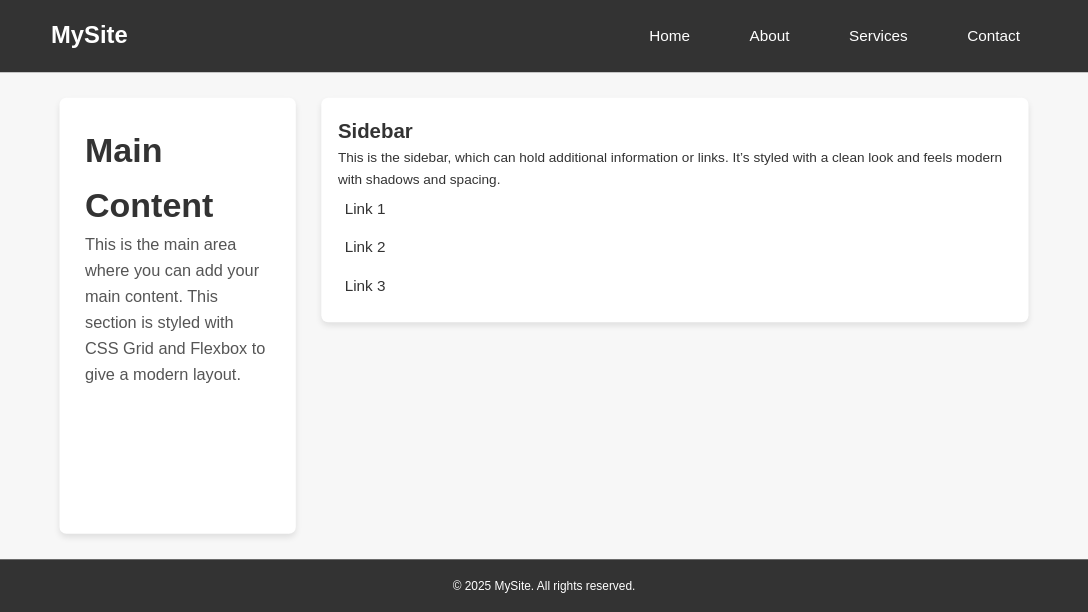
Repository: dishagiri23/Internship-Project
Page: task 2/flexbox_cssgrid/index.html
The author's editor kept a copy of each file at every save. The page is drawn from the files as they stood at one save, then again after the next save.
The browser window is 1280 px wide. The pictures show the whole page, at 85% of full size.

Above is the page before, as saved 2025-11-13 21:32:47.

### task 2/flexbox_cssgrid/index.html
<!DOCTYPE html>
<html lang="en">
<head>
    <meta charset="UTF-8">
    <meta name="viewport" content="width=device-width, initial-scale=1.0">
    <title>Stylish Webpage</title>
    <link rel="stylesheet" href="style.css">
</head>
<body>
    <!-- Navigation Bar -->
    <header>
        <nav class="navbar">
            <div class="logo">
                <a href="#">MySite</a>
            </div>
            <ul class="nav-links">
                <li><a href="#">Home</a></li>
                <li><a href="#">About</a></li>
                <li><a href="#">Services</a></li>
                <li><a href="#">Contact</a></li>
            </ul>
        </nav>
    </header>

    <!-- Main Content Area -->
    <main class="main-content">
        <section class="content">
            <h1>Main Content</h1>
            <p>This is the main area where you can add your main content. This section is styled with CSS Grid and Flexbox to give a modern layout.</p>
        </section>

        <aside class="sidebar">
            <h2>Sidebar</h2>
            <p>This is the sidebar, which can hold additional information or links. It’s styled with a clean look and feels modern with shadows and spacing.</p>
            <ul>
                <li><a href="#">Link 1</a></li>
                <li><a href="#">Link 2</a></li>
                <li><a href="#">Link 3</a></li>
            </ul>
        </aside>
    </main>

    <!-- Footer Section -->
    <footer>
        <p>&copy; 2025 MySite. All rights reserved.</p>
    </footer>
</body>
</html>

### task 2/flexbox_cssgrid/style.css
/* Global Styles */
* {
    margin: 0;
    padding: 0;
    box-sizing: border-box;
}

body {
    font-family: 'Arial', sans-serif;
    background-color: #f7f7f7;
    color: #333;
    line-height: 1.6;
    display: flex;
    flex-direction: column;
    min-height: 100vh;
}

/* Navbar Styles */
header {
    background-color: #333;
    color: #fff;
    padding: 20px 0;
}

.navbar {
    display: flex;
    justify-content: space-between;
    align-items: center;
    max-width: 1200px;
    margin: 0 auto;
    padding: 0 20px;
}

.navbar .logo a {
    color: #fff;
    font-size: 28px;
    text-decoration: none;
    font-weight: bold;
}

.nav-links {
    list-style-type: none;
    display: flex;
    gap: 30px;
    margin-left: auto; /* Move links to the right */
}

.nav-links li a {
    color: #fff;
    text-decoration: none;
    font-size: 18px;
    padding: 10px 20px;
    border-radius: 30px;
    transition: background-color 0.3s ease;
}

.nav-links li a:hover {
    background-color: #575757;
}

/* Main Content Area */
.main-content {
    display: grid;
    grid-template-columns: 1fr 3fr;
    gap: 30px;
    padding: 30px;
    max-width: 1200px;
    margin: 0 auto;
    flex-grow: 1; /* Ensure the content area takes up remaining space */
}

/* Content Section */
.content {
    background-color: #fff;
    padding: 30px;
    border-radius: 8px;
    box-shadow: 0 4px 8px rgba(0, 0, 0, 0.1);
}

.content h1 {
    font-size: 2.5rem;
    color: #333;
}

.content p {
    font-size: 1.2rem;
    color: #555;
}

/* Sidebar */
.sidebar {
    background-color: #fff;
    padding: 20px;
    border-radius: 8px;
    box-shadow: 0 4px 8px rgba(0, 0, 0, 0.1);
    position: sticky;
    top: 30px;
    height: fit-content;
}

.sidebar h2 {
    color: #333;
}

.sidebar ul {
    list-style-type: none;
    padding: 0;
}

.sidebar ul li a {
    color: #333;
    text-decoration: none;
    font-size: 18px;
    padding: 8px;
    display: block;
    transition: background-color 0.3s ease;
}

.sidebar ul li a:hover {
    background-color: #f0f0f0;
}

/* Footer Styles */
footer {
    background-color: #333;
    color: #fff;
    text-align: center;
    padding: 20px 0;
    position: relative;
    bottom: 0;
    width: 100%;
    font-size: 14px;
}

/* Media Queries for Responsiveness */
@media (max-width: 1024px) {
    /* For tablets, decrease grid size */
    .main-content {
        grid-template-columns: 1fr 2fr;
    }

    .navbar .nav-links {
        gap: 20px;
    }
}

@media (max-width: 768px) {
    /* For smaller screens (mobile/tablet) */
    .navbar {
        flex-direction: column;
        align-items: center;
    }

    .nav-links {
        flex-direction: column;
        align-items: center;
        gap: 15px;
    }

    .main-content {
        grid-template-columns: 1fr; /* Single column layout for content */
    }

    .sidebar {
        display: none; /* Hide sidebar on small screens */
    }
}

@media (max-width: 480px) {
    /* For extra small screens (phones) */
    .navbar .logo a {
        font-size: 24px;
    }

    .content h1 {
        font-size: 1.8rem;
    }

    .content p {
        font-size: 1rem;
    }

    footer {
        font-size: 12px;
    }
}

After the next save:
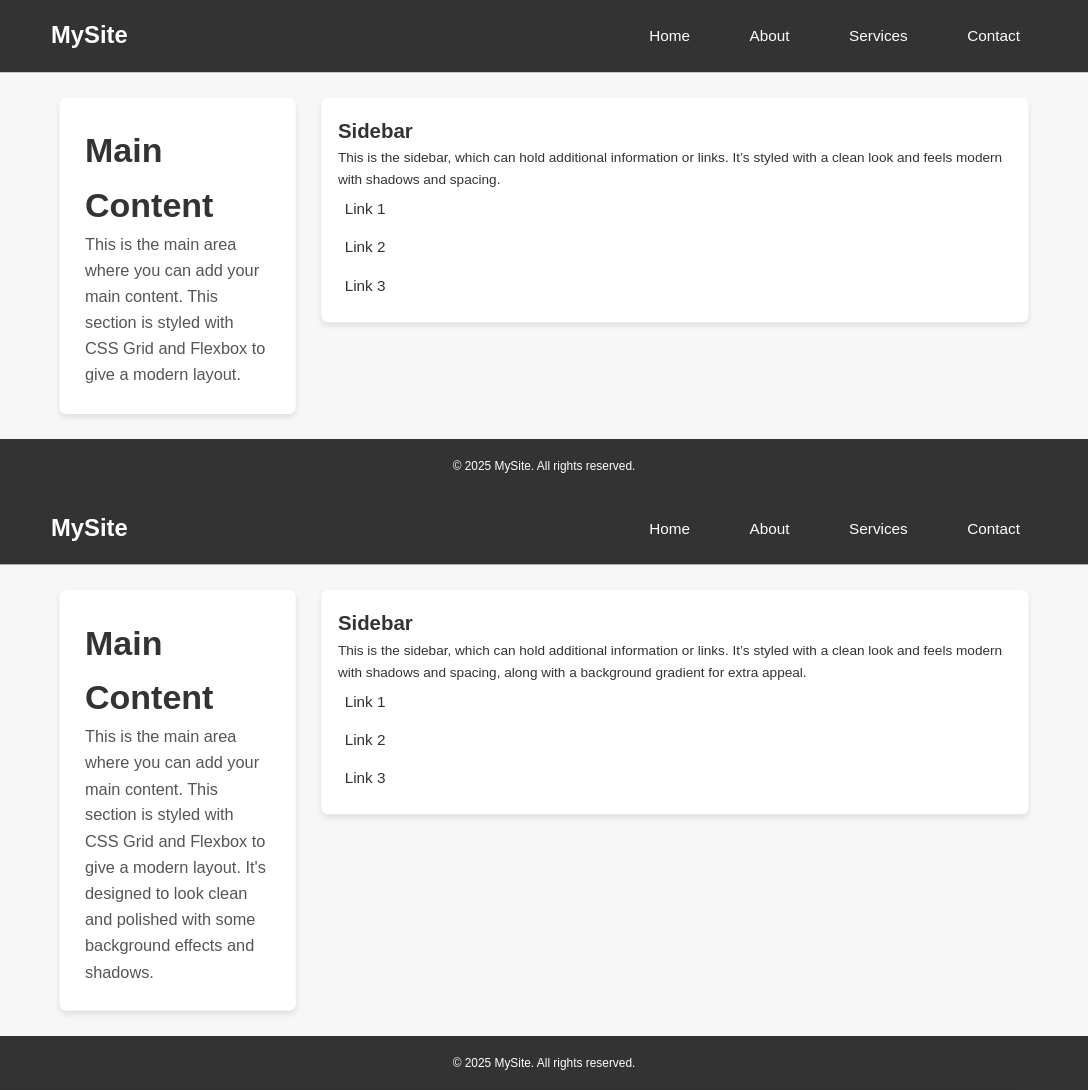
Not found: task 2/flexbox_cssgrid/styles.css
Saved 93 s later.
--- a/task 2/flexbox_cssgrid/index.html
+++ b/task 2/flexbox_cssgrid/index.html
@@ -46,3 +46,54 @@
     </footer>
 </body>
 </html>
+
+
+
+<!DOCTYPE html>
+<html lang="en">
+<head>
+    <meta charset="UTF-8">
+    <meta name="viewport" content="width=device-width, initial-scale=1.0">
+    <title>Stylish Webpage</title>
+    <link rel="stylesheet" href="styles.css">
+</head>
+<body>
+    <!-- Navigation Bar -->
+    <header>
+        <nav class="navbar">
+            <div class="logo">
+                <a href="#">MySite</a>
+            </div>
+            <ul class="nav-links">
+                <li><a href="#">Home</a></li>
+                <li><a href="#">About</a></li>
+                <li><a href="#">Services</a></li>
+                <li><a href="#">Contact</a></li>
+            </ul>
+        </nav>
+    </header>
+
+    <!-- Main Content Area -->
+    <main class="main-content">
+        <section class="content">
+            <h1>Main Content</h1>
+            <p>This is the main area where you can add your main content. This section is styled with CSS Grid and Flexbox to give a modern layout. It's designed to look clean and polished with some background effects and shadows.</p>
+        </section>
+
+        <aside class="sidebar">
+            <h2>Sidebar</h2>
+            <p>This is the sidebar, which can hold additional information or links. It’s styled with a clean look and feels modern with shadows and spacing, along with a background gradient for extra appeal.</p>
+            <ul>
+                <li><a href="#">Link 1</a></li>
+                <li><a href="#">Link 2</a></li>
+                <li><a href="#">Link 3</a></li>
+            </ul>
+        </aside>
+    </main>
+
+    <!-- Footer Section -->
+    <footer>
+        <p>&copy; 2025 MySite. All rights reserved.</p>
+    </footer>
+</body>
+</html>

After the 3 saves that followed:
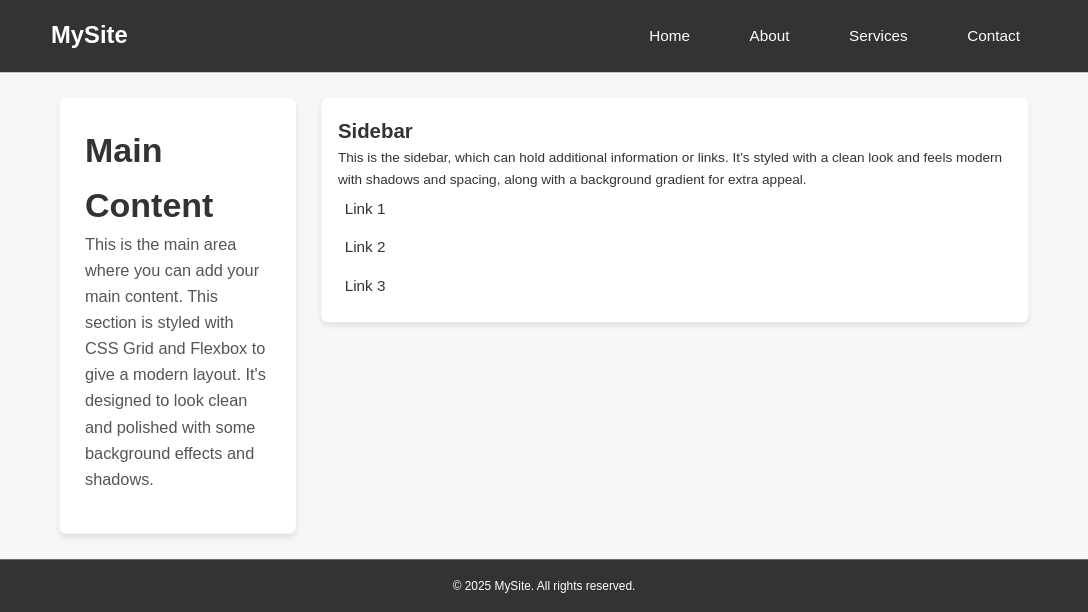
The 3 saves are shown as one change because they came seconds apart.
The last was saved 9 s later.
--- a/task 2/flexbox_cssgrid/index.html
+++ b/task 2/flexbox_cssgrid/index.html
@@ -5,57 +5,6 @@
     <meta name="viewport" content="width=device-width, initial-scale=1.0">
     <title>Stylish Webpage</title>
     <link rel="stylesheet" href="style.css">
-</head>
-<body>
-    <!-- Navigation Bar -->
-    <header>
-        <nav class="navbar">
-            <div class="logo">
-                <a href="#">MySite</a>
-            </div>
-            <ul class="nav-links">
-                <li><a href="#">Home</a></li>
-                <li><a href="#">About</a></li>
-                <li><a href="#">Services</a></li>
-                <li><a href="#">Contact</a></li>
-            </ul>
-        </nav>
-    </header>
-
-    <!-- Main Content Area -->
-    <main class="main-content">
-        <section class="content">
-            <h1>Main Content</h1>
-            <p>This is the main area where you can add your main content. This section is styled with CSS Grid and Flexbox to give a modern layout.</p>
-        </section>
-
-        <aside class="sidebar">
-            <h2>Sidebar</h2>
-            <p>This is the sidebar, which can hold additional information or links. It’s styled with a clean look and feels modern with shadows and spacing.</p>
-            <ul>
-                <li><a href="#">Link 1</a></li>
-                <li><a href="#">Link 2</a></li>
-                <li><a href="#">Link 3</a></li>
-            </ul>
-        </aside>
-    </main>
-
-    <!-- Footer Section -->
-    <footer>
-        <p>&copy; 2025 MySite. All rights reserved.</p>
-    </footer>
-</body>
-</html>
-
-
-
-<!DOCTYPE html>
-<html lang="en">
-<head>
-    <meta charset="UTF-8">
-    <meta name="viewport" content="width=device-width, initial-scale=1.0">
-    <title>Stylish Webpage</title>
-    <link rel="stylesheet" href="styles.css">
 </head>
 <body>
     <!-- Navigation Bar -->
